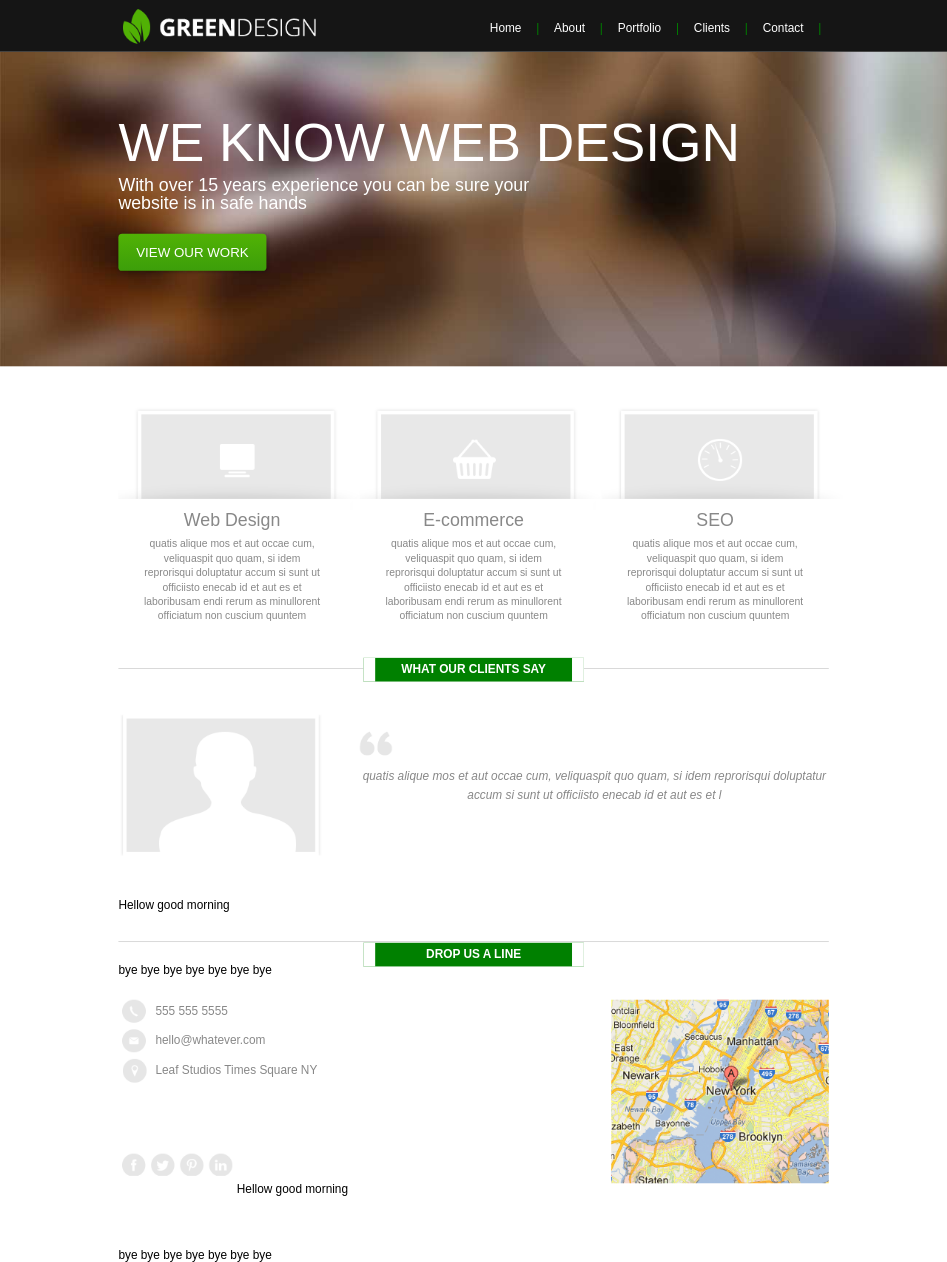
Repository: prathmeshgodbole/Javascript
Page: Basics/Jquery/index.html
The author's editor kept a copy of each file at every save. The page is drawn from the files as they stood at one save, then again after the next save.
The browser window is 1280 px wide. The pictures show the whole page, at 74% of full size.

Above is the page before, as saved 2020-08-07 15:46:39.

### Basics/Jquery/index.html
<!DOCTYPE html>
<html>

<head>
    <title>Green Design</title>
    <link href="style.css" rel="stylesheet" type="text/css">
</head>

<body>

    <header>
        <div class="wrapper">
            <h1 id="logo">Green Design</h1>
            <nav>
                <h2>Main Navigation</h2>
                <ul>
                    <li><a href="">Home</a><span>|</span></li>
                    <li><a href="">About</a><span>|</span></li>
                    <li><a href="">Portfolio</a><span>|</span></li>
                    <li><a href="">Clients</a><span>|</span></li>
                    <li><a href="">Contact</a><span>|</span></li>
                </ul>
            </nav>
        </div>
    </header>

    <div id="lead-banner">
        <img src="images/banner.jpg" alt="lead banner">
        <div class="banner-overlay">
            <div class="wrapper">
                <div class="banner-title">We Know Web Design</div>
                <p>With over 15 years experience you can be sure your website is in safe hands</p>
                <a href="">View Our Work</a>
            </div>
        </div>
    </div>

    <div id="main-content">

        <div class="wrapper">
            <section id="points-of-sale">
                <h2>Points of Sale</h2>
                <ul>
                    <li>
                        <img src="images/cs-1.png" alt="web design">
                        <h3>Web Design</h3>
                        <p>quatis alique mos et aut occae cum, veliquaspit quo quam, si idem reprorisqui doluptatur accum si sunt ut officiisto enecab id et aut es et laboribusam endi rerum as minullorent officiatum non cuscium quuntem</p>
                    </li>
                    <li>
                        <img src="images/cs-2.png" alt="e-commerce">
                        <h3>E-commerce</h3>
                        <p>quatis alique mos et aut occae cum, veliquaspit quo quam, si idem reprorisqui doluptatur accum si sunt ut officiisto enecab id et aut es et laboribusam endi rerum as minullorent officiatum non cuscium quuntem</p>
                    </li>
                    <li>
                        <img src="images/cs-3.png" alt="seo">
                        <h3>SEO</h3>
                        <p>quatis alique mos et aut occae cum, veliquaspit quo quam, si idem reprorisqui doluptatur accum si sunt ut officiisto enecab id et aut es et laboribusam endi rerum as minullorent officiatum non cuscium quuntem</p>
                    </li>
                </ul>
            </section>

            <section id="clients">
                <h2>What Our Clients Say</h2>
                <img src="images/head.png" alt="quote">
                <blockquote>quatis alique mos et aut occae cum, veliquaspit quo quam, si idem reprorisqui doluptatur accum si sunt ut officiisto enecab id et aut es et l</blockquote>
            </section>

            <section id="contact">
                <h2>Drop Us A Line</h2>
                <ul id="contact-methods">
                    <li>555 555 5555</li>
                    <li>hello@whatever.com</li>
                    <li>
                        <span>Leaf Studios</span>
                        <span>Times Square</span>
                        <span>NY</span>
                    </li>
                </ul>

                <img src="images/map.png" alt="map">

                <ul id="social-nav">
                    <li class="facebook"><a href="">Facebook</a></li>
                    <li class="twitter"><a href="">Twitter</a></li>
                    <li class="pinterest"><a href="">Pinterest</a></li>
                    <li class="linked-in"><a href="">Linked In</a></li>
                </ul>

            </section>
        </div>

    </div>
    <script src="scripts/jquery-3.5.1.js"></script>
    <!-- <script src="scripts/selector.js"></script> -->
    <!-- <script src="scripts/filter.js"></script> -->
    <!-- <script src="scripts/Travers_DOM.js"></script> -->
    <script src="scripts/adding-content.js"></script>
</body>

</html>

### Basics/Jquery/style.css
html,
body,
div,
span,
object,
iframe,
h1,
h2,
h3,
h4,
h5,
h6,
p,
blockquote,
pre,
abbr,
address,
cite,
code,
del,
dfn,
em,
img,
ins,
kbd,
q,
samp,
small,
strong,
sub,
sup,
var,
b,
i,
dl,
dt,
dd,
ol,
ul,
li,
fieldset,
form,
label,
legend,
table,
caption,
tbody,
tfoot,
thead,
tr,
th,
td,
article,
aside,
canvas,
details,
figcaption,
figure,
footer,
header,
hgroup,
menu,
nav,
section,
summary,
time,
mark,
audio,
video {
    margin: 0;
    padding: 0;
    border: 0;
    outline: 0;
    font-size: 100%;
    vertical-align: baseline;
    background: transparent;
    font-family: arial;
}

body {
    line-height: 1;
}

article,
aside,
details,
figcaption,
figure,
footer,
header,
hgroup,
menu,
nav,
section {
    display: block;
}

nav ul {
    list-style: none;
}

blockquote,
q {
    quotes: none;
}

blockquote:before,
blockquote:after,
q:before,
q:after {
    content: '';
    content: none;
}

a {
    margin: 0;
    padding: 0;
    font-size: 100%;
    vertical-align: baseline;
    background: transparent;
}


/* change colours to suit your needs */

ins {
    background-color: #ff9;
    color: #000;
    text-decoration: none;
}


/* change colours to suit your needs */

mark {
    background-color: #ff9;
    color: #000;
    font-style: italic;
    font-weight: bold;
}

del {
    text-decoration: line-through;
}

abbr[title],
dfn[title] {
    border-bottom: 1px dotted;
    cursor: help;
}

table {
    border-collapse: collapse;
    border-spacing: 0;
}


/* change border colour to suit your needs */

hr {
    display: block;
    height: 1px;
    border: 0;
    border-top: 1px solid #cccccc;
    margin: 1em 0;
    padding: 0;
}

input,
select {
    vertical-align: middle;
}


/*//////////// end css reset //////////*/

.wrapper {
    width: 100%;
    max-width: 960px;
    margin: 0 auto;
}

header {
    background: #151515;
}

header:after {
    content: "";
    display: block;
    clear: both;
}

#logo {
    background: url(images/logo.png) no-repeat;
    height: 70px;
    width: 280px;
    float: left;
    text-indent: -10000px;
}

header nav {
    float: right;
    margin-top: 30px;
    margin-right: 10px;
}

header nav a {
    color: #fff;
    text-decoration: none;
    font-family: arial;
}

header nav h2 {
    height: 0;
    text-indent: -10000px;
}

header nav li {
    float: left;
    margin-left: 20px;
}

header nav span {
    color: green;
    margin-left: 20px;
}

#lead-banner img {
    width: 100%;
}

#lead-banner {
    max-height: 440px;
    overflow: hidden;
    position: relative;
}

.banner-overlay {
    position: absolute;
    top: 20%;
    width: 100%;
}

.banner-title {
    color: #fff;
    text-transform: uppercase;
    font-size: 72px;
}

#lead-banner p {
    color: #fff;
    font-size: 24px;
    max-width: 600px;
    margin-top: 10px;
}

#lead-banner a {
    /* Permalink - use to edit and share this gradient: http://colorzilla.com/gradient-editor/#51b205+0,3c9e0a+100 */
    background: #51b205;
    /* Old browsers */
    background: -moz-linear-gradient(top, #51b205 0%, #3c9e0a 100%);
    /* FF3.6+ */
    /*7-8-2020 background: -webkit-gradient(linear, left top, left bottom, color-stop(0%, #51b205), color-stop(100%, #3c9e0a)); */
    /* Chrome,Safari4+ */
    background: -webkit-linear-gradient(top, #51b205 0%, #3c9e0a 100%);
    /* Chrome10+,Safari5.1+ */
    background: -o-linear-gradient(top, #51b205 0%, #3c9e0a 100%);
    /* Opera 11.10+ */
    /* 7-8-2020 background: -ms-linear-gradient(top, #51b205 0%, #3c9e0a 100%); */
    /* IE10+ */
    background: linear-gradient(to bottom, #51b205 0%, #3c9e0a 100%);
    /* W3C */
    /* 7-8-2020 filter: progid: DXImageTransform.Microsoft.gradient( startColorstr='#51b205', endColorstr='#3c9e0a', GradientType=0); */
    /* IE6-9 */
    color: #fff;
    display: block;
    width: 200px;
    font-size: 18px;
    text-align: center;
    padding: 16px 0;
    text-decoration: none;
    border-radius: 5px;
    text-transform: uppercase;
    margin-top: 30px;
    box-shadow: 1px 1px 6px rgba(0, 0, 0, 0.4)
}

section {
    margin: 40px 0 60px;
}

section:after {
    content: "";
    display: block;
    clear: both;
}

section#points-of-sale ul {
    list-style-type: none;
}

#points-of-sale h2 {
    height: 0;
    text-indent: -10000px;
}

#points-of-sale li {
    float: left;
    width: 32%;
}

#points-of-sale li:nth-child(2) {
    margin: 0 2%;
}

#points-of-sale li h3 {
    text-align: center;
    color: #888;
    font-size: 24px;
    font-weight: normal;
    margin-bottom: 10px;
}

#points-of-sale p {
    text-align: center;
    width: 80%;
    margin: 0 10%;
    font-size: 14px;
    color: #888;
    line-height: 1.4em;
}

#clients,
#contact {
    border-top: 1px solid #ccc;
    padding-top: 30px
}

#clients h2,
#contact h2 {
    background: green;
    color: #fff;
    padding: 8px;
    text-align: center;
    width: 250px;
    text-transform: uppercase;
    position: relative;
    top: -45px;
    margin: 0 auto;
    border-left: 16px solid #fff;
    border-right: 16px solid #fff;
}

#clients img {
    float: left;
    width: 30%;
}

#clients blockquote {
    float: right;
    width: 66%;
    margin-top: 20px;
    text-align: center;
    font-style: italic;
    line-height: 1.6em;
    color: #888;
    padding-top: 50px;
    background: url(images/quote.png) no-repeat top left;
}

#contact-methods {
    float: left;
}

#contact-methods li {
    list-style-type: none;
    color: #888;
    line-height: 30px;
    clear: left;
}

#contact-methods li:before {
    content: "";
    display: block;
    width: 40px;
    height: 40px;
    float: left;
    margin-right: 10px;
    background: url(images/logo-sprite.png) no-repeat;
}

#contact-methods li:nth-child(1):before {
    background-position: -158px 0;
}

#contact-methods li:nth-child(2):before {
    background-position: -198px 0;
}

#contact-methods li:nth-child(3):before {
    background-position: -238px 0;
}

#contact img {
    float: right;
}

#social-nav {
    clear: both;
    position: relative;
    top: -40px;
}

#social-nav li {
    list-style-type: none;
    float: left;
    width: 40px;
    height: 30px;
    background: url(images/logo-sprite.png) no-repeat;
    text-indent: -10000px;
}

#social-nav li:nth-child(2) {
    background-position: -40px 0;
}

#social-nav li:nth-child(3) {
    background-position: -80px 0;
}

#social-nav li:nth-child(4) {
    background-position: -120px 0;
}

#social-nav a {
    display: block;
    width: 100%;
    height: 100%;
}

### Basics/Jquery/scripts/adding-content.js
 var paragraph = "<div>Hellow good morning</div>";
 var para = "<div>bye bye bye bye bye bye bye</div>";
 //append()
 $("#contact").append(paragraph);
 //  //prepend()
 $("#contact").prepend(para);
 //  //before()
 $("#contact").before(paragraph);
 //  //after()
 $("#contact").after(para);
 //  //html()
 //  $("#contact").html(paragraph);
 //  //text()

Loaded but not shown: Basics/Jquery/scripts/jquery-3.5.1.js (library)

After the next save:
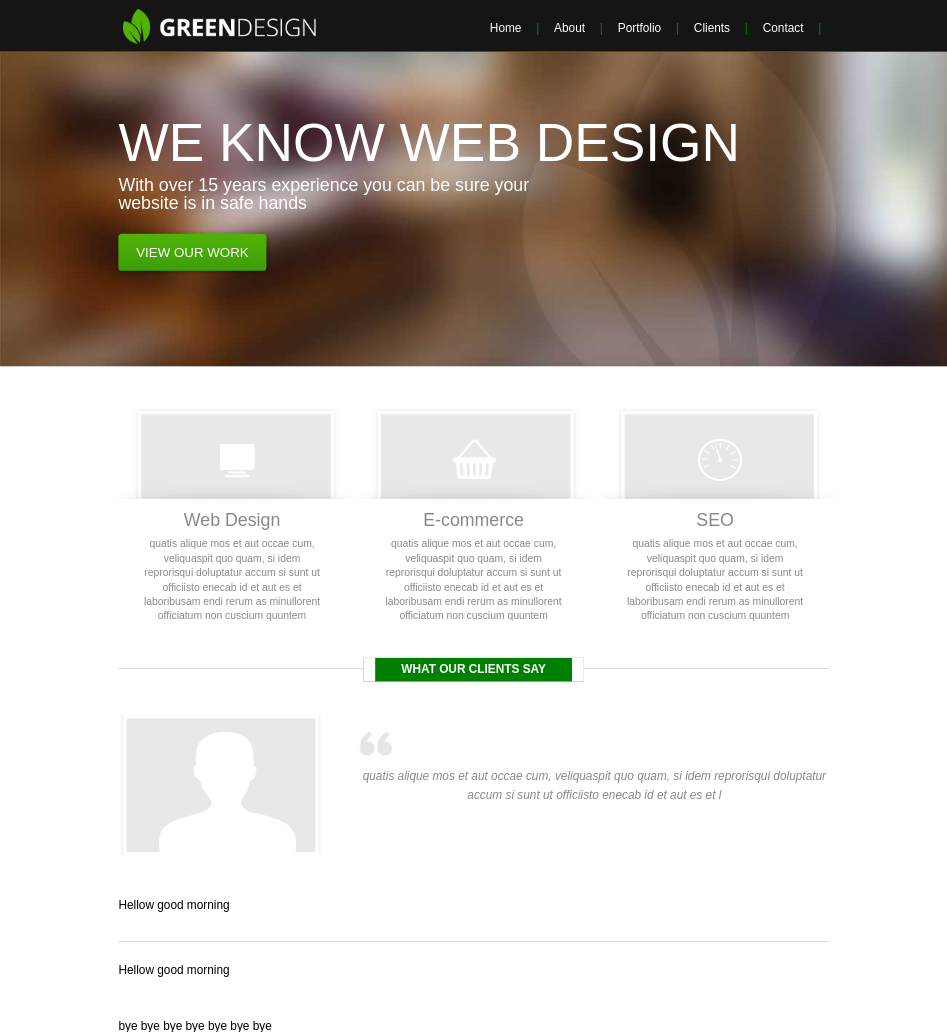
Saved 18 s later.
--- a/Basics/Jquery/scripts/adding-content.js
+++ b/Basics/Jquery/scripts/adding-content.js
@@ -9,5 +9,5 @@
  //  //after()
  $("#contact").after(para);
  //  //html()
- //  $("#contact").html(paragraph);
+ $("#contact").html(paragraph);
  //  //text()
